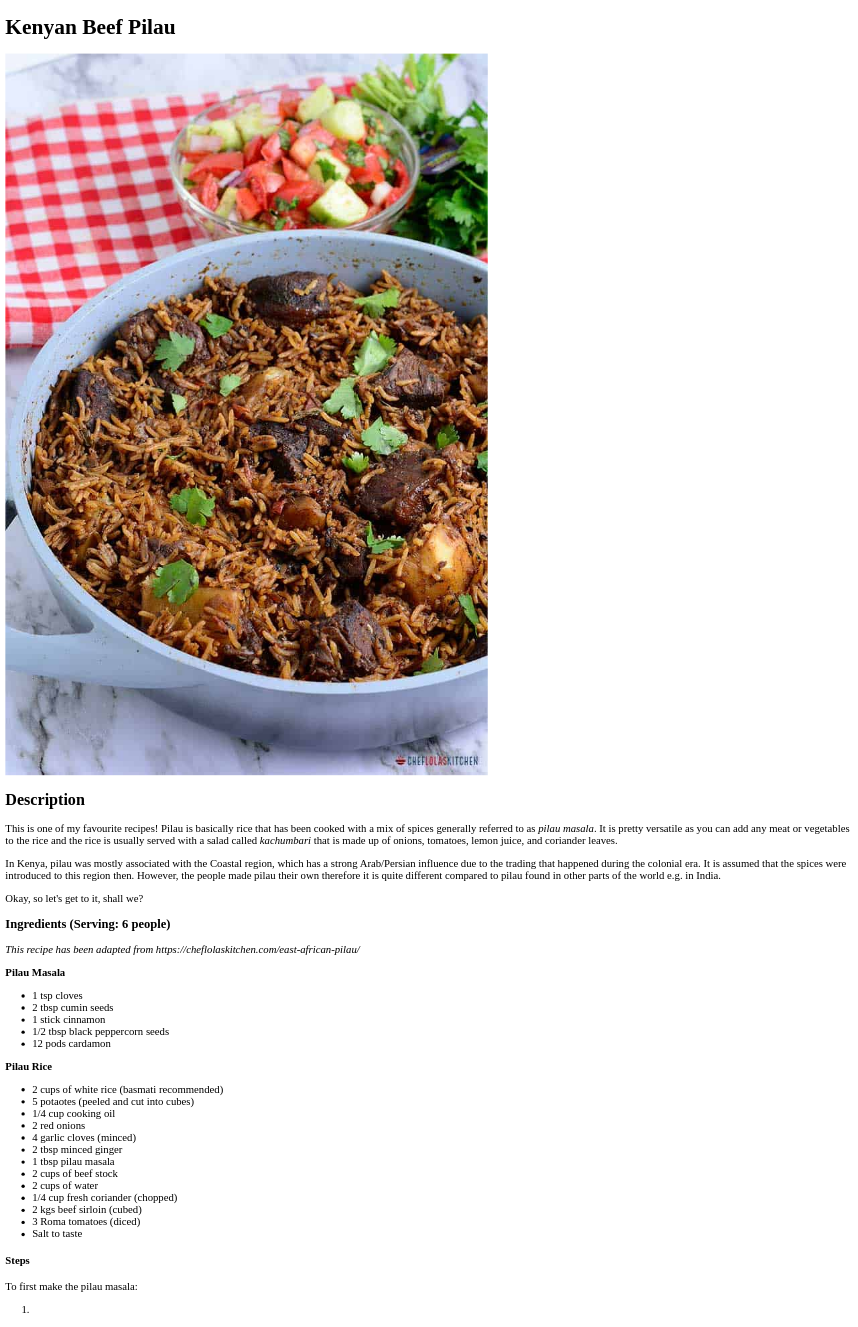
Repository: IanaAmke/odin-recipes
Page: recipes/pilau.html
These files come from the project's save history. The page is drawn as it stood at one moment and after the next save; the edit follows.
The browser window is 1280 px wide. The pictures show the whole page, at 67% of full size.

Above is the page before, as saved 2022-06-05 18:47:32.

After the next save:
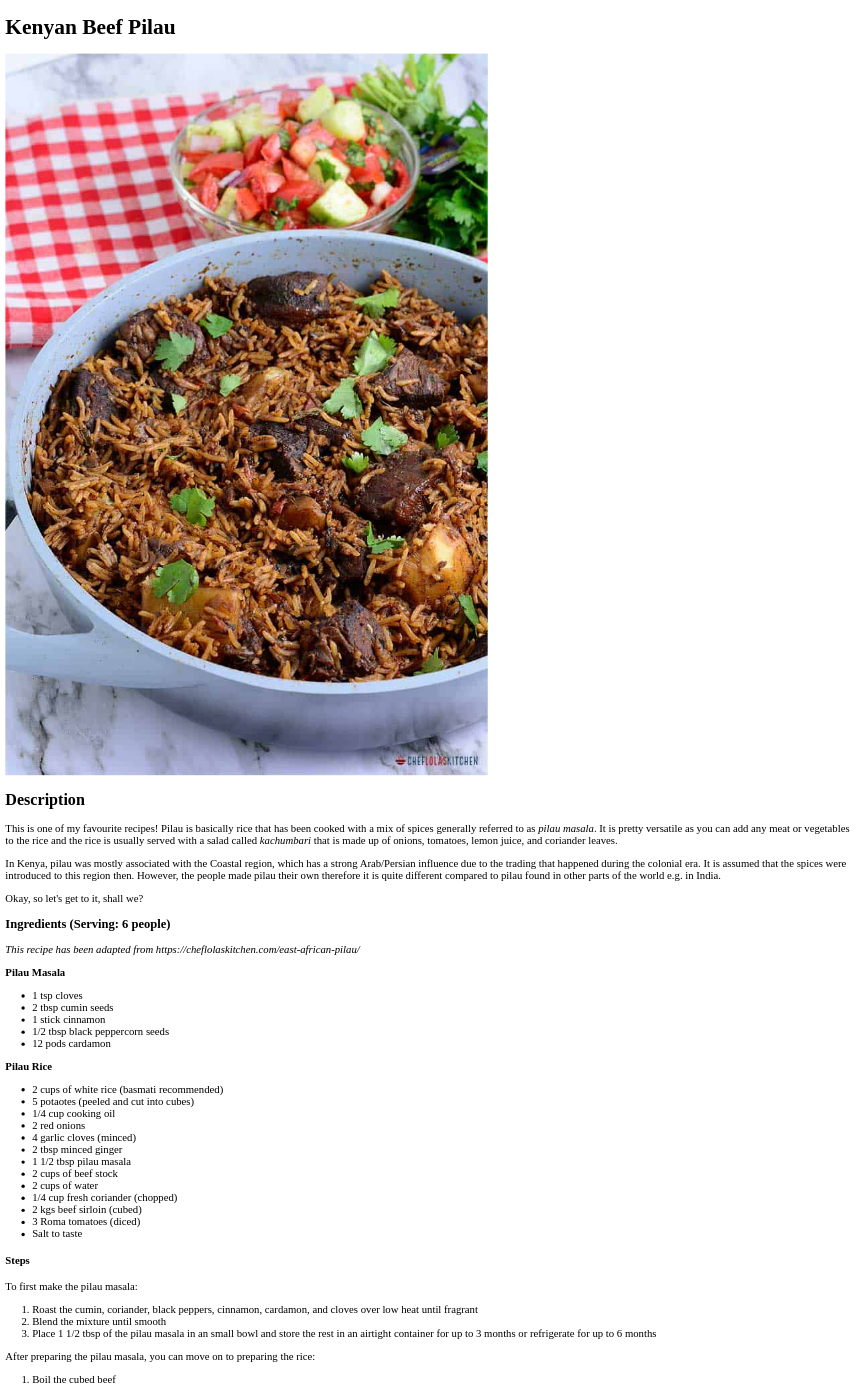
Saved 4 min 24 s later.
--- a/recipes/pilau.html
+++ b/recipes/pilau.html
@@ -41,7 +41,7 @@
         <li>2 red onions</li>
         <li>4 garlic cloves (minced)</li>
         <li>2 tbsp minced ginger</li>
-        <li>1 tbsp pilau masala</li>
+        <li>1 1/2 tbsp pilau masala</li>
         <li>2 cups of beef stock</li>
         <li>2 cups of water</li>
         <li>1/4 cup fresh coriander (chopped)</li>
@@ -54,7 +54,14 @@
 
     <p>To first make the pilau masala:</p>
     <ol>
-        <li></li>
+        <li>Roast the cumin, coriander, black peppers, cinnamon, cardamon, and cloves over low heat until fragrant</li>
+        <li>Blend the mixture until smooth</li>
+        <li>Place 1 1/2 tbsp of the pilau masala in an small bowl and store the rest in an airtight container for up to 3 months or refrigerate for up to 6 months</li>
+    </ol>
+
+    <p>After preparing the pilau masala, you can move on to preparing the rice:</p>
+    <ol>
+        <li>Boil the cubed beef </li>
     </ol>
 
 </body>
